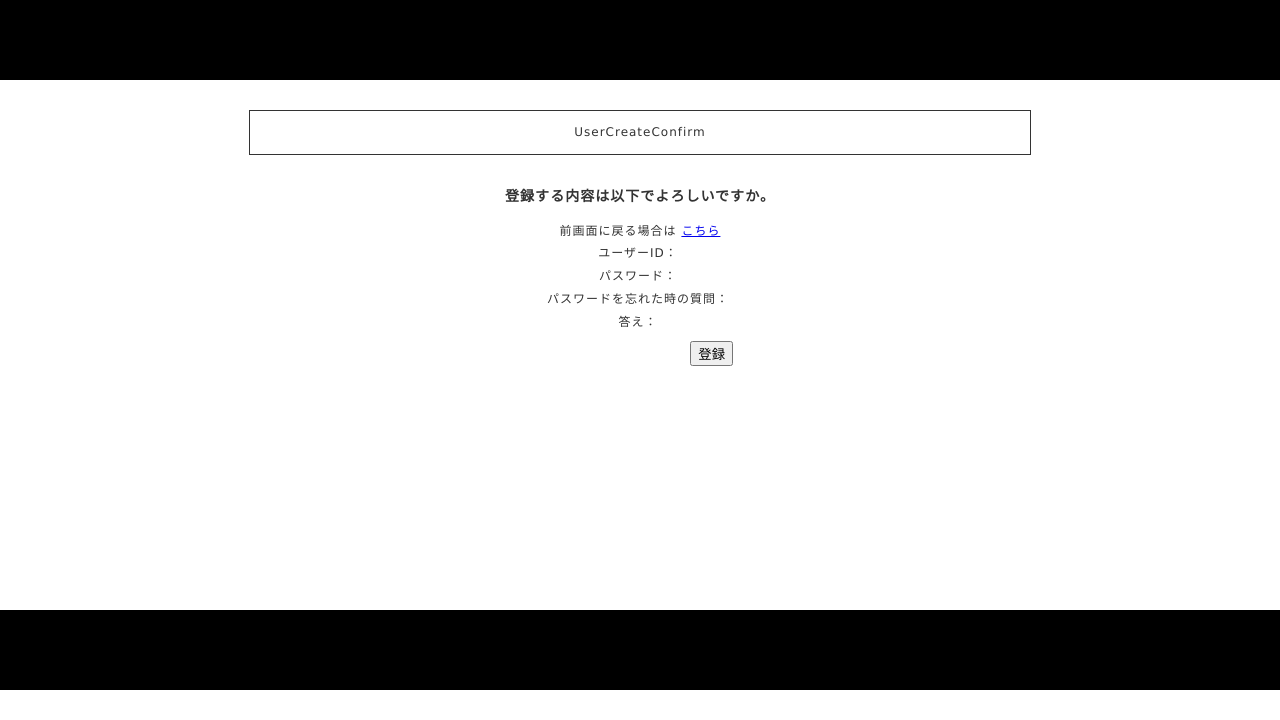
Repository: y321sudo/test2
Page: http://localhost/Yukazon/userCreateConfirm.jsp
The author's editor kept a copy of each file at every save. The page is drawn from the files as they stood at one save, then again after the next save.
The browser window is 1280 px wide. The pictures show the whole page.
The page is served by Tomcat 9. Other server files are loaded and not shown.

Above is the page before, as saved 2018-02-20 07:24:37.

### Yukazon/WebContent/userCreateConfirm.jsp
<%@ page language="java" contentType="text/html; charset=UTF-8" pageEncoding="UTF-8"%>
<%@ taglib prefix="s" uri="/struts-tags"%>

<!DOCTYPE html>
<html>
<head>
	<meta charset="utf-8">
	<meta http-equiv="Content-Type" content="text/html; charset=utf-8" />
	<meta http-equiv="Content-Style-Type" content="text/css" />
	<meta http-equiv="Content-Script-Type" content="text/javascript" />
	<meta http-equiv="imagetoolbar" content="no" />
	<meta name="description" content="" />
	<meta name="keywords" content="" />
	<meta charset="utf-8">
	<title>新規ユーザー登録確認画面</title>
	<style type="text/css">
		/* ========TAG LAYOUT======== */
		body {
		   margin:0;
		   padding:0;
		   line-height:1.6;
		   letter-spacing:1px;
		   font-family:Verdana, Helvetica, sans-serif;
		   font-size:12px;
		   color:#333;
		   background:#fff;
		}

		table {
			text-align:center;
			margin:0 auto;
		}

		/* ========ID LAYOUT======== */
		#top {
		   width:780px;
		   margin:30px auto;
		   border:1px solid #333;
		}

		#header {
		   width: 100%;
		   height: 80px;
		   background-color: black;
		}

		#main {
		   width: 100%;
		   height: 500px;
		   text-align: center;
		}

		#box {
			border: 1px solid #000000;
		}

		#footer {
			width: 100%;
			height: 80px;
			background-color: black;
			clear:both;
		}
	</style>
</head>
<body>
	<div id="header">
	 	<div id="pr">
		</div>
	</div>
	<div id="main">
		<div id="top">
			<p>UserCreateConfirm</p>
		</div>
		<div>
			<h3>登録する内容は以下でよろしいですか。</h3>
			<table>
				<s:form action="UserCreateCompleteAction">
					<tr id="box">
						<td>
							<label>ユーザーID：</label>
						</td>
						<td>
							<s:property value="loginUserId" escape="false" />
						</td>
					</tr>
					<tr id="box">
						<td>
							<label>パスワード：</label>
						</td>
						<td>
							<s:property value="loginPassword" escape="false" />
						</td>
					</tr>
					<tr id="box">
						<td>
							<label>パスワードを忘れた時の質問：</label>
						</td>
						<td>
							<s:property value="secretQuestion" escape="false" />
						</td>
					</tr>
					<tr id="box">
						<td>
							<label>答え：</label>
						</td>
						<td>
							<s:property value="secretAnswer" escape="false" />
						</td>
					</tr>
					<div>
						<span>前画面に戻る場合は</span>
							<a href='<s:url action="UserCreateAction" />'>こちら</a>
					</div>
					<tr>
						<td>
							<s:submit value="登録" />
						</td>
					</tr>
				</s:form>
			</table>
		</div>
	</div>
	<div id="footer">
	 	<div id="pr">
		</div>
	</div>
</body>
</html>

After the next save:
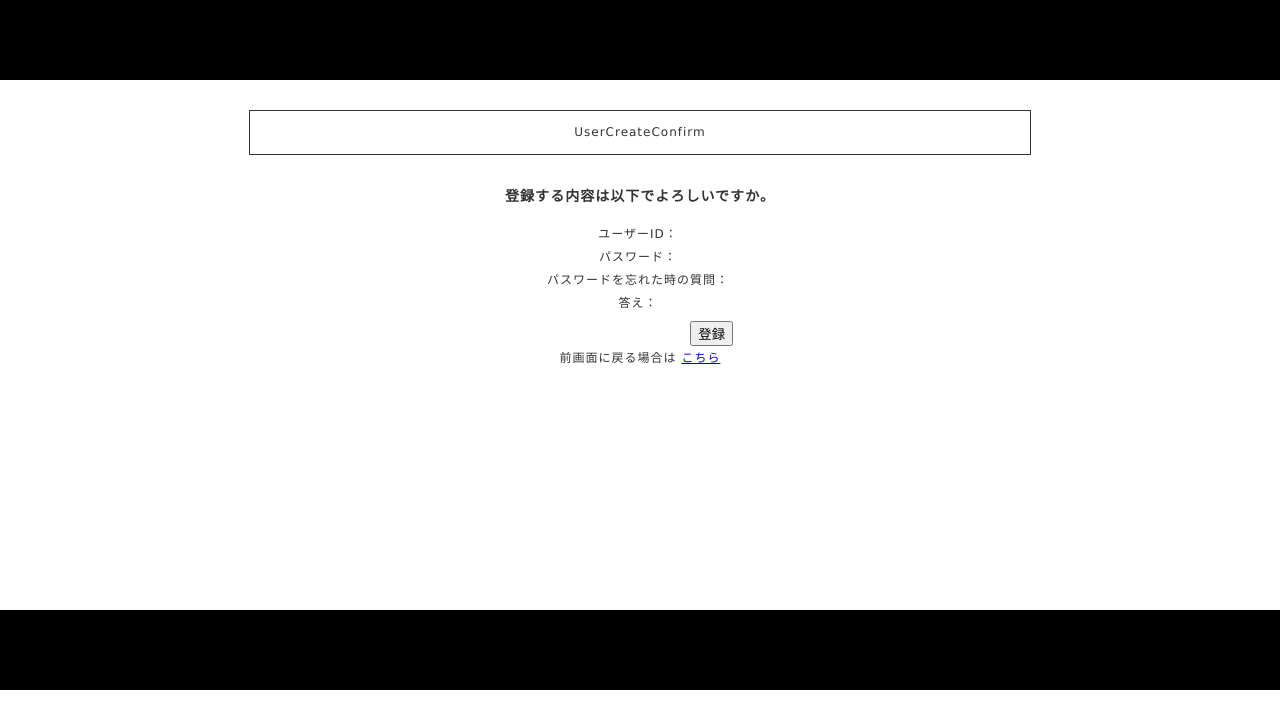
Saved 106 s later.
--- a/Yukazon/WebContent/userCreateConfirm.jsp
+++ b/Yukazon/WebContent/userCreateConfirm.jsp
@@ -107,10 +107,6 @@
 							<s:property value="secretAnswer" escape="false" />
 						</td>
 					</tr>
-					<div>
-						<span>前画面に戻る場合は</span>
-							<a href='<s:url action="UserCreateAction" />'>こちら</a>
-					</div>
 					<tr>
 						<td>
 							<s:submit value="登録" />
@@ -118,6 +114,10 @@
 					</tr>
 				</s:form>
 			</table>
+			<div>
+				<span>前画面に戻る場合は</span>
+					<a href='<s:url action="UserCreateAction" />'>こちら</a>
+			</div>
 		</div>
 	</div>
 	<div id="footer">
